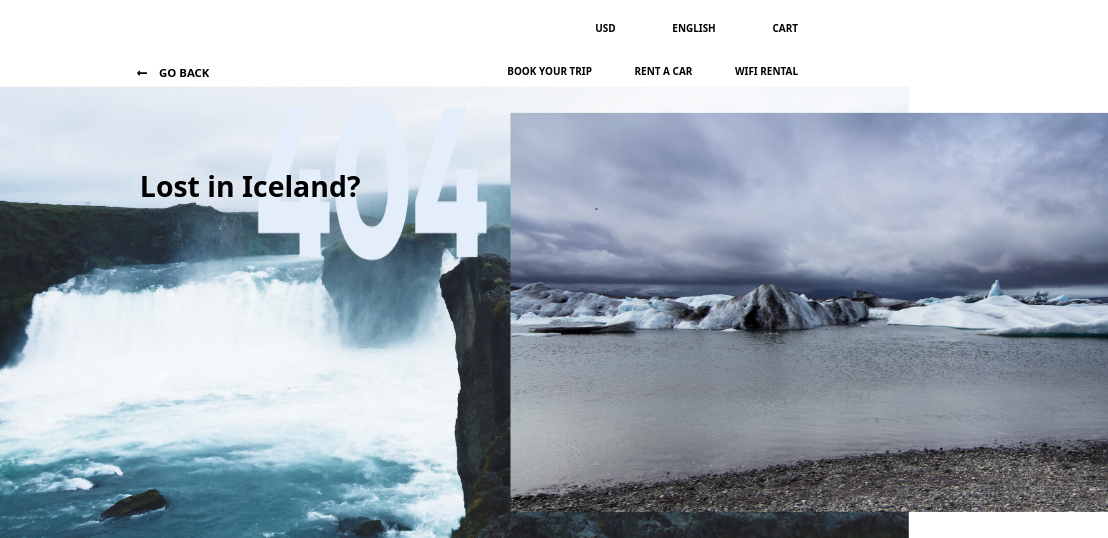
Repository: uh-sman/Iceland
Page: /
These files come from the project's save history. The page is drawn as it stood at one moment and after the next save; the edit follows.
The browser window is 1280 px wide. The page is 1561 px wide, so the pictures cover 1561 px, including what lies to the right of the window. The pictures show the whole page, at 71% of full size.
The project was rebuilt for these pictures with package versions that can differ from the ones it lists, and the page was loaded fresh each time.

Above is the page before, as saved 2022-09-08 22:19:25.

### src/App.js
import logo from "./logo.svg";
import "./App.css";
import { Topnav } from "./components/Topnav";
import { FullNav } from "./components/FullNav";

function App() {
  return (
    <div className="App">
      <FullNav />
    </div>
  );
}

export default App;

### src/components/Topnav.js
import React from "react";

export const Topnav = () => {
  return (
    <div className="container w-full py-[30px]">
      <nav className="absolute right-[156px]">
        <ul className="space-x-20 text-sm font-semibold">
          <a href="">USD</a>
          <a href="">ENGLISH</a>
          <a href="">CART</a>
        </ul>
      </nav>
    </div>
  );
};

### src/components/FullNav.jsx
import React from "react";
import { Bottomnav } from "./Bottomnav";
import { Hero } from "./Hero";
import { Newsletter } from "./Newsletter";
import { Topnav } from "./Topnav";

export const FullNav = () => {
  return (
    <div>
      <Topnav />
      <Bottomnav />
      <Hero />
      <div className="h-[51px]">
        <Newsletter />
      </div>
    </div>
  );
};

### src/components/Bottomnav.js
import React from "react";
import { FaLongArrowAltLeft } from "react-icons/fa";
export const Bottomnav = () => {
  return (
    <nav className="container w-full">
      <div className="py-[31px]">
        <div className="container">
          <h1 className="flex items-center gap-4 absolute left-[192px]">
            <FaLongArrowAltLeft />
            <a className=" cursor-pointer font-semibold text-md">GO BACK</a>
          </h1>
        </div>
        <div className="container">
          <div className="absolute right-[156px]">
            <ul className="space-x-[60px] text-sm font-semibold cursor-pointer">
              <a>BOOK YOUR TRIP</a>
              <a>RENT A CAR</a>
              <a>WIFI RENTAL</a>
            </ul>
          </div>
        </div>
      </div>
    </nav>
  );
};

### src/components/Hero.js
import React from "react";
import four from "../Assets/404.png";
import img from "../Assets/404 background 1.png";
export const Hero = () => {
  return (
    <div>
      <div className="container">
        <img
          src={four}
          className="absolute left-[363px] top-[146px] h-[221px] w-[323px]"
        />
      </div>
      <div className="container inset-3">
        <h1 className="font-semibold text-[40px] absolute left-[197px] top-[232px] ">
          Lost in Iceland?
        </h1>
      </div>
      <div className="container">
        <img
          src={img}
          className="absolute left-[719px] top-[159px] w-[842px] h-[562px]"
        />
      </div>
    </div>
  );
};

### src/components/Newsletter.js
import React from "react";
import adventure from "../Assets/adventure-makes-things-meaningful_t20_Vo0aX3 1.png";
export const Newsletter = () => {
  return (
    <div>
      <div>
        <div>
          <img src={adventure} />
        </div>
      </div>
    </div>
  );
};

### tailwind.config.js
/** @type {import('tailwindcss').Config} */
module.exports = {
  content: ["./src/**/*.{html,js,jsx}"],
  theme: {
    screens: {
      sm: "480px",
      md: "768px",
      lg: "976px",
      xl: "1440px",
    },
    extend: {},
  },
  plugins: [],
};

Loaded but not shown: public/index.html (common file); src/index.js (common file); src/index.css (common file); src/App.css (common file)

After the next save:
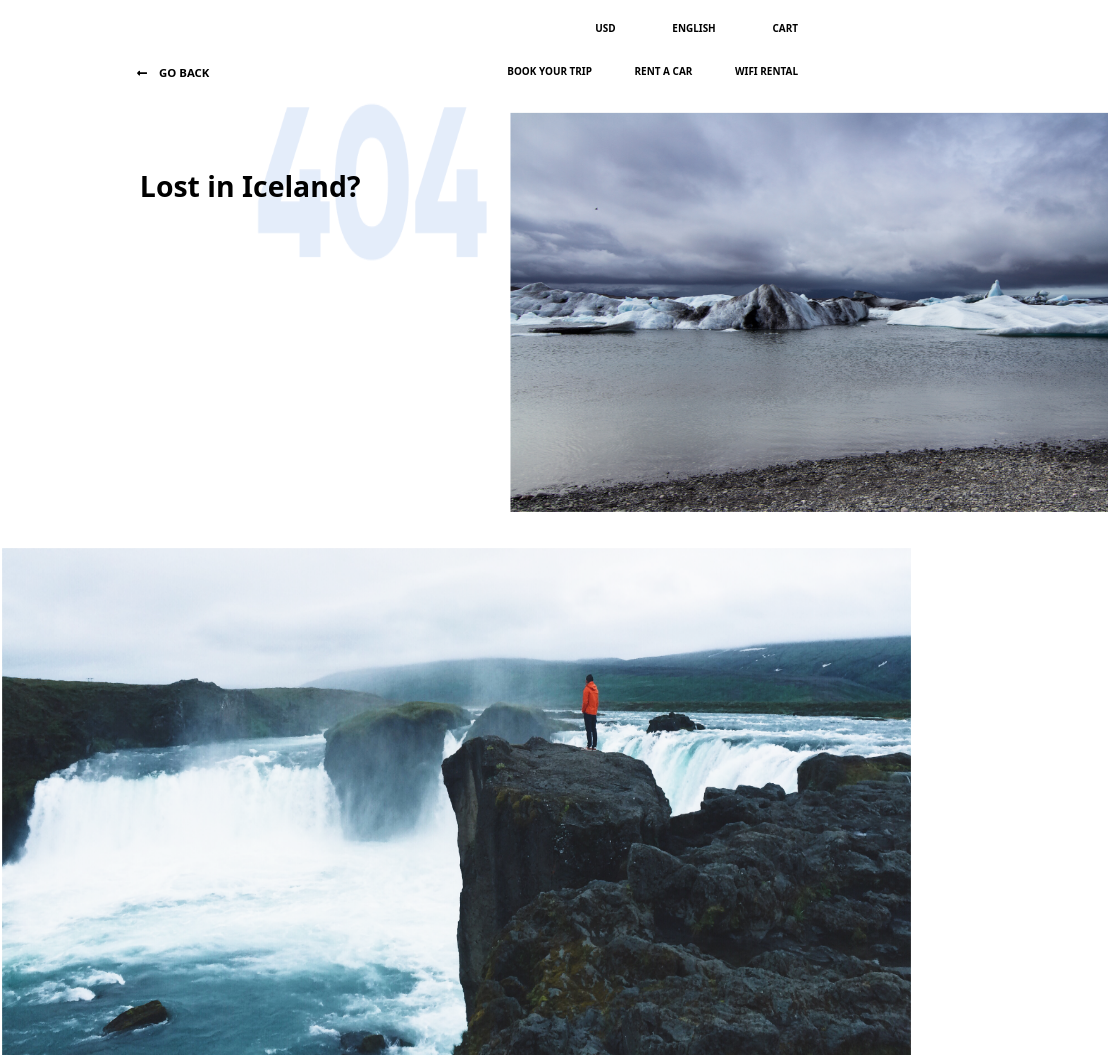
Saved 4 min 9 s later.
--- a/src/components/Newsletter.js
+++ b/src/components/Newsletter.js
@@ -5,7 +5,11 @@ export const Newsletter = () => {
     <div>
       <div>
         <div>
-          <img src={adventure} />
+          <img
+            src={adventure}
+            className="absolute w-[1440px] h-[714px] left-[3px]
+          top-[772px]"
+          />
         </div>
       </div>
     </div>
